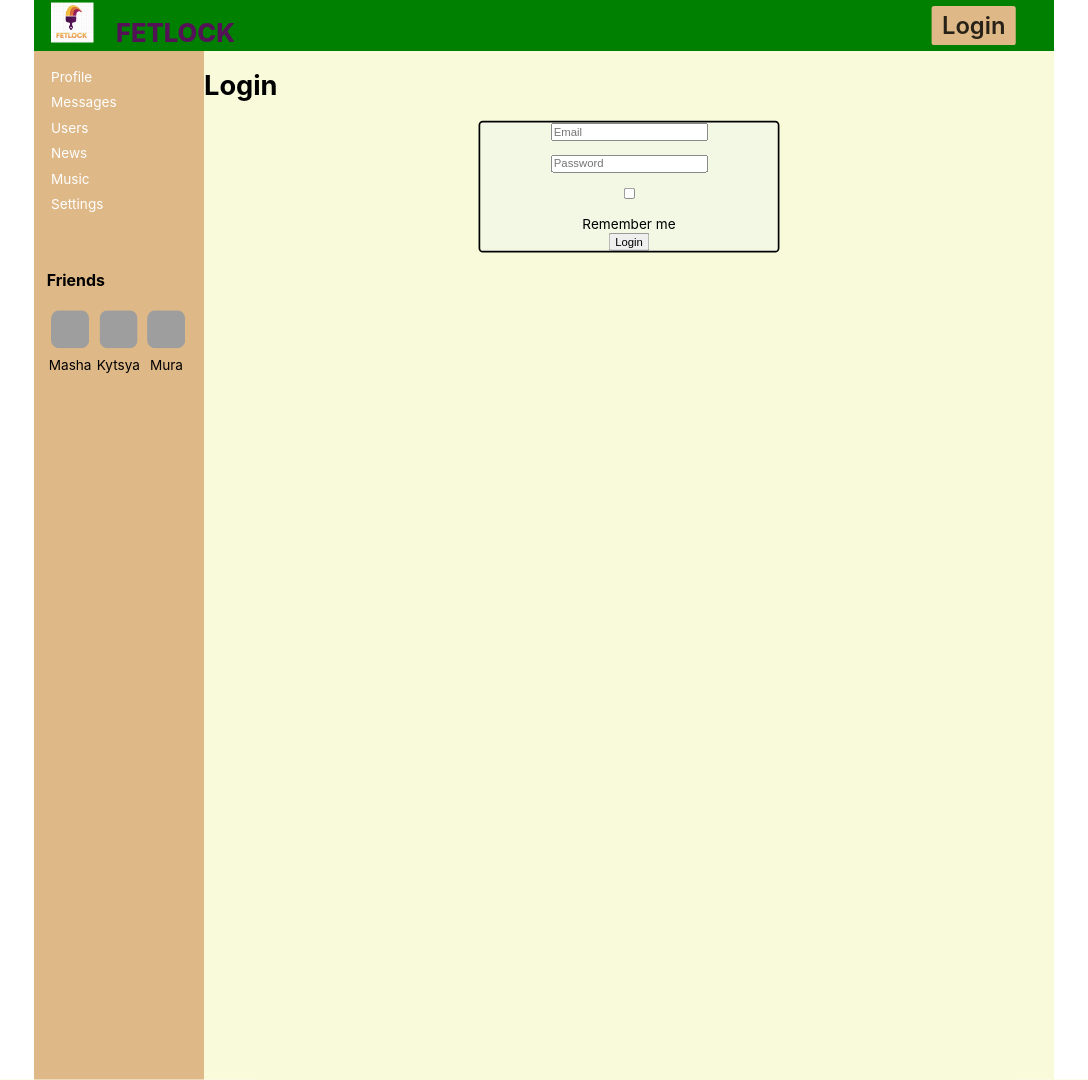
Repository: tetianatsymbal/react-way-of-samurai
Page: /dialogs
The author's editor kept a copy of each file at every save. The page is drawn from the files as they stood at one save, then again after the next save.
The browser window is 1280 px wide. The pictures show the whole page, at 85% of full size.
Pictures or frames that could not be fetched are drawn as grey boxes. The page's requests for data from a server got no answer. The project was rebuilt for these pictures with package versions that can differ from the ones it lists, and the page was loaded fresh each time. No one was signed in, and anything a server would have sent is missing. Also part of the build but not shown: src/components/Dialogs/Dialogs.module.css, src/components/Dialogs/DialogItem/DialogItem.module.css, src/components/Dialogs/DialogItem/DialogItem.jsx, src/components/Dialogs/Message/Message.module.css, src/components/Dialogs/Message/Message.jsx, src/components/Dialogs/AddMessageForm/AddMessageForm.module.css, src/components/Dialogs/AddMessageForm/AddMessageForm.jsx, src/components/Dialogs/Dialogs.jsx and 18 more.

Above is the page before, as saved 2022-08-22 14:03:44.

After the next save:
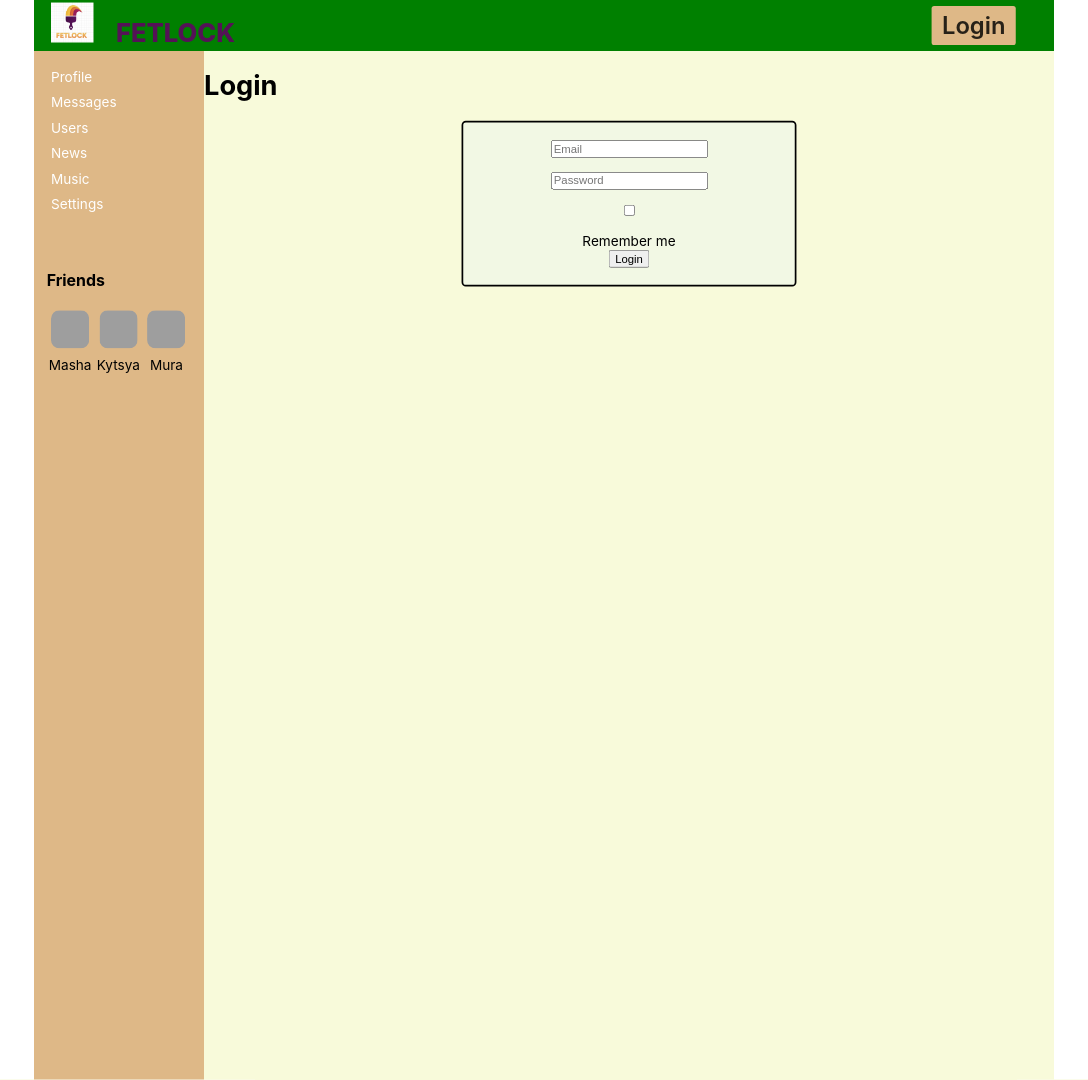
Saved 17 s later.
--- a/src/components/common/FormsControls/FormsControls.module.css
+++ b/src/components/common/FormsControls/FormsControls.module.css
@@ -11,7 +11,7 @@ margin-bottom: 15px;
    color: indianred;
 }
 .loginForm {
-   padding: auto;
+   padding: 20px;
    width: 35%;
    text-align: center;
    margin: 0 auto;
@@ -27,5 +27,5 @@ margin-bottom: 15px;
    font-size: 16px;
    text-align: center;
    padding: 3px;
-   margin: 20px 10px;
+   margin: 20px auto;
 }
